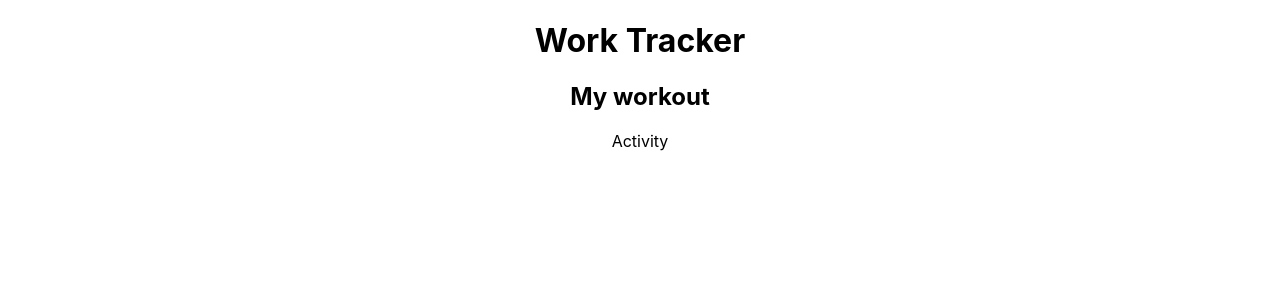
Repository: sudhakaryadav07/react-hooks
Page: /
An editor plug-in stored every save of this project. The page is shown before and after the next save, followed by the edit.
The browser window is 1280 px wide. The pictures show the whole page.
The project was rebuilt for these pictures with package versions that can differ from the ones it lists, and the page was loaded fresh each time.

Above is the page before, as saved 2021-03-25 10:32:26.

After the next save:
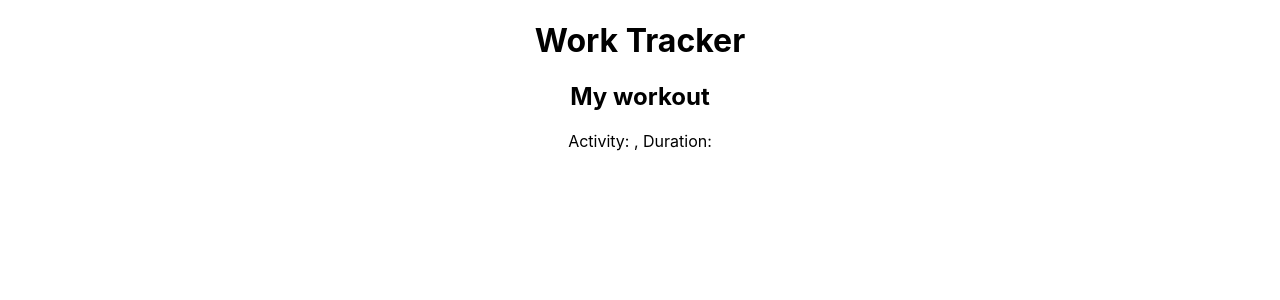
Saved 51 s later.
--- a/src/components/Activity.js
+++ b/src/components/Activity.js
@@ -1,9 +1,9 @@
 import React from 'react'
 
-const Activity = () => {
+const Activity = ({name,duration}) => {
     return (
         <div>
-            <p>Activity</p>
+            <p>Activity: {name}, Duration: {duration}</p>
         </div>
     )
 }
